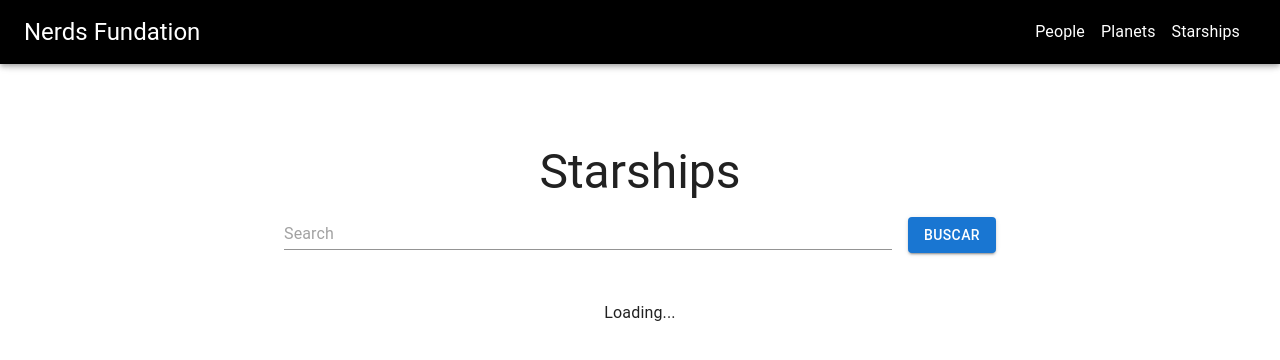
Repository: marianozamora/lisit-challenge
Page: /planets
The author's editor kept a copy of each file at every save. The page is drawn from the files as they stood at one save, then again after the next save.
The browser window is 1280 px wide. The pictures show the whole page.
The page's requests for data from a server got no answer. The project was rebuilt for these pictures with package versions that can differ from the ones it lists, and the page was loaded fresh each time. Some packages were replaced by stand-ins written for this rebuild. No one was signed in, and anything a server would have sent is missing. Also part of the build but not shown: vite.config.ts, src/components/Pagination.tsx, src/components/Card.tsx, src/App.tsx, src/components/Starship.tsx, src/components/DetailPeople.tsx, src/components/DetailStarship.tsx, src/components/ErrorPage.tsx.

Above is the page before, as saved 2023-05-11 05:32:22.

After the next save:
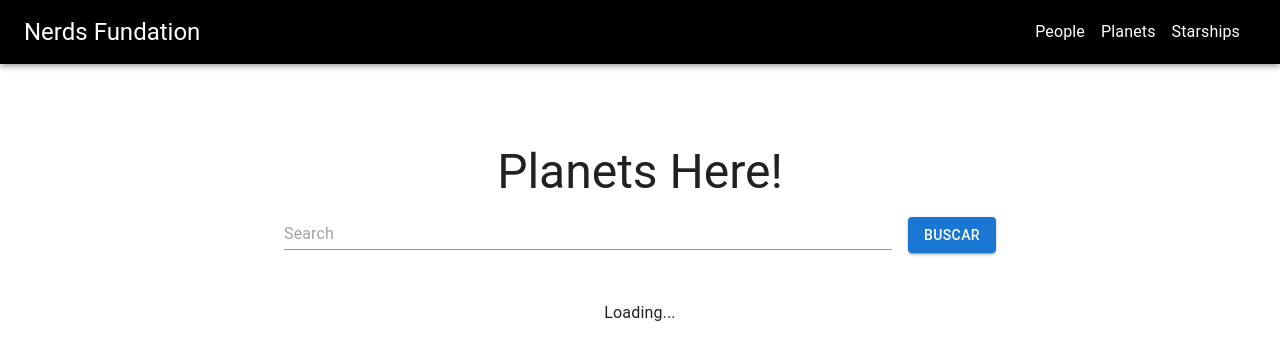
Saved 21 s later.
--- a/src/components/Planets.tsx
+++ b/src/components/Planets.tsx
@@ -5,8 +5,8 @@ export default function People() {
         <div>
             <ListHOC
                 //url='https://swapi.dev/api/starships/'
-                title='Starships'
-                type='starships'
+                title='Planets Here!'
+                type='planets'
             />
         </div>
     )
